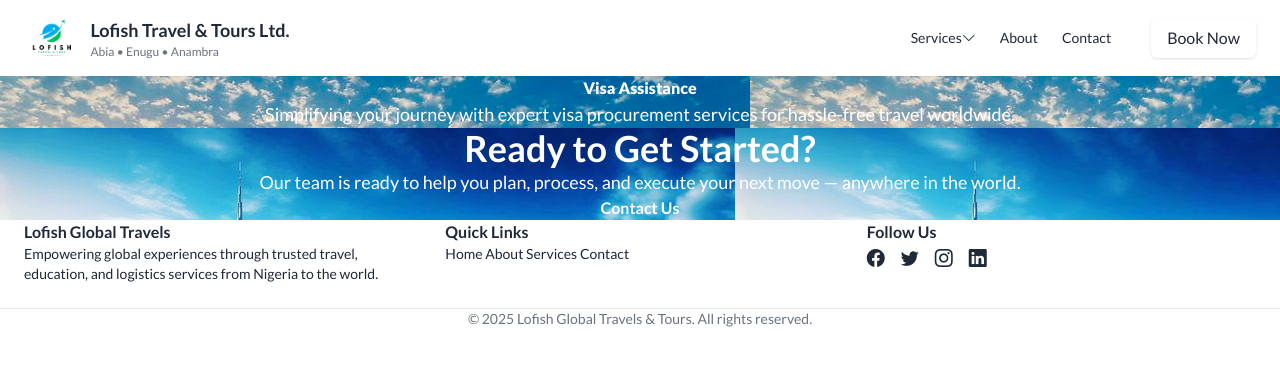
Repository: PhantomMiles/Lofish-Travels-and-Tours
Page: visa.html
An editor plug-in stored every save of this project. The page is shown before and after the next save, followed by the edit.
The browser window is 1280 px wide. The pictures show the whole page.

Above is the page before, as saved 2025-11-14 12:29:22.

After the next save:
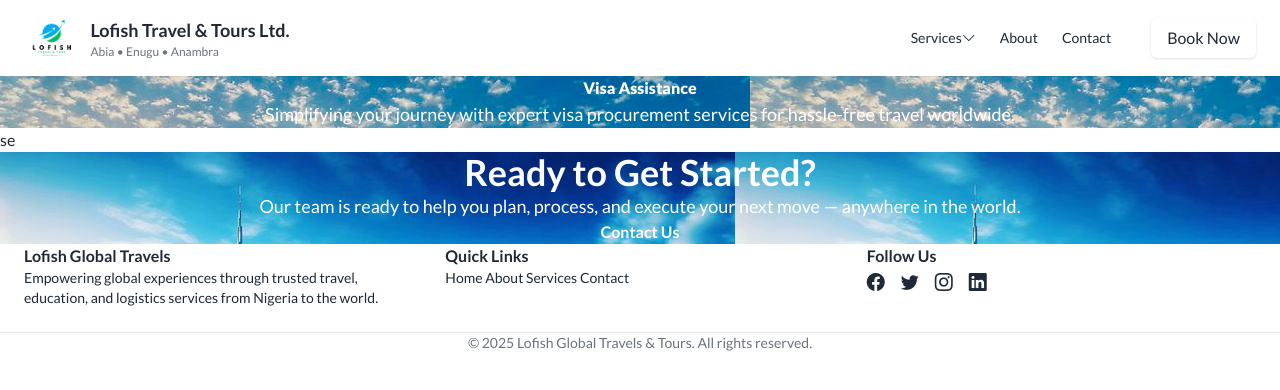
Saved 8 s later.
--- a/visa.html
+++ b/visa.html
@@ -115,7 +115,7 @@
 
   <!-- ========================================================= -->
     <!-- MAIN CONTENT -->
-
+    se
 
 
   <!-- ========================================================= -->

After the save that followed:
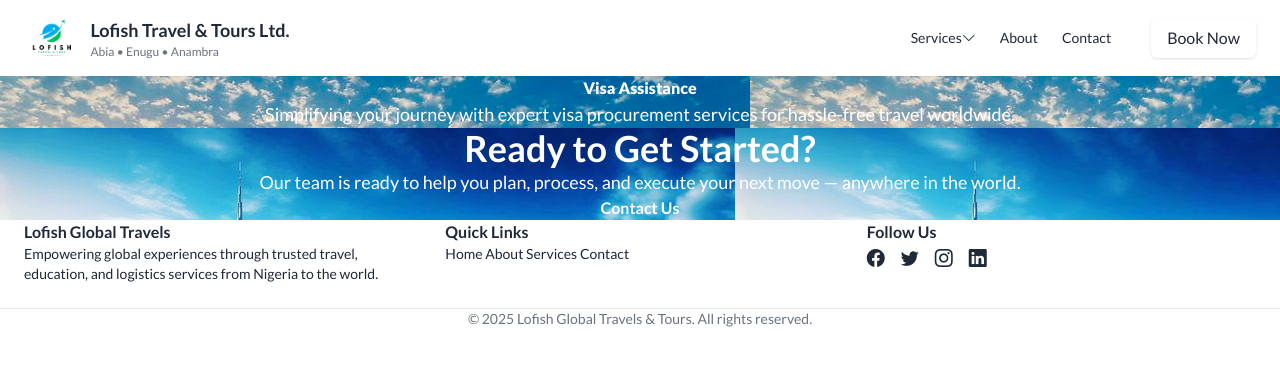
Saved 4 s later.
--- a/visa.html
+++ b/visa.html
@@ -115,7 +115,9 @@
 
   <!-- ========================================================= -->
     <!-- MAIN CONTENT -->
-    se
+    <section>
+
+    </section>
 
 
   <!-- ========================================================= -->
